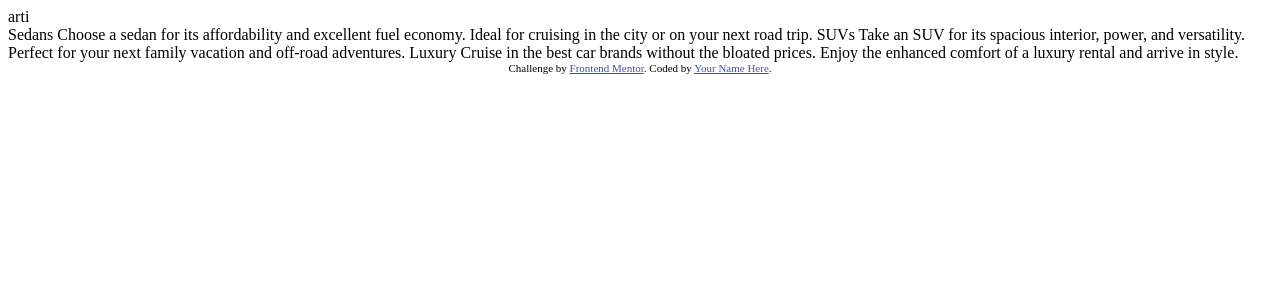
Repository: viniciussnt/3-column-preview-card
Page: index.html
The author's editor kept a copy of each file at every save. The page is drawn from the files as they stood at one save, then again after the next save.
The browser window is 1280 px wide. The pictures show the whole page.

Above is the page before, as saved 2023-09-15 10:14:32.

After the next save:
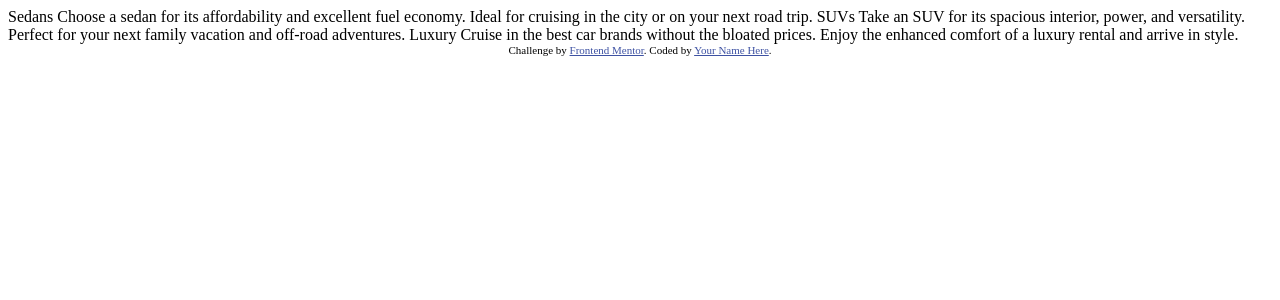
Saved 5 s later.
--- a/index.html
+++ b/index.html
@@ -15,7 +15,9 @@
 </head>
 <body>
   <div class="container">
-    arti
+    <article>
+      <section></section>
+    </article>
   </div>
   Sedans
   Choose a sedan for its affordability and excellent fuel economy. Ideal for cruising in the city
